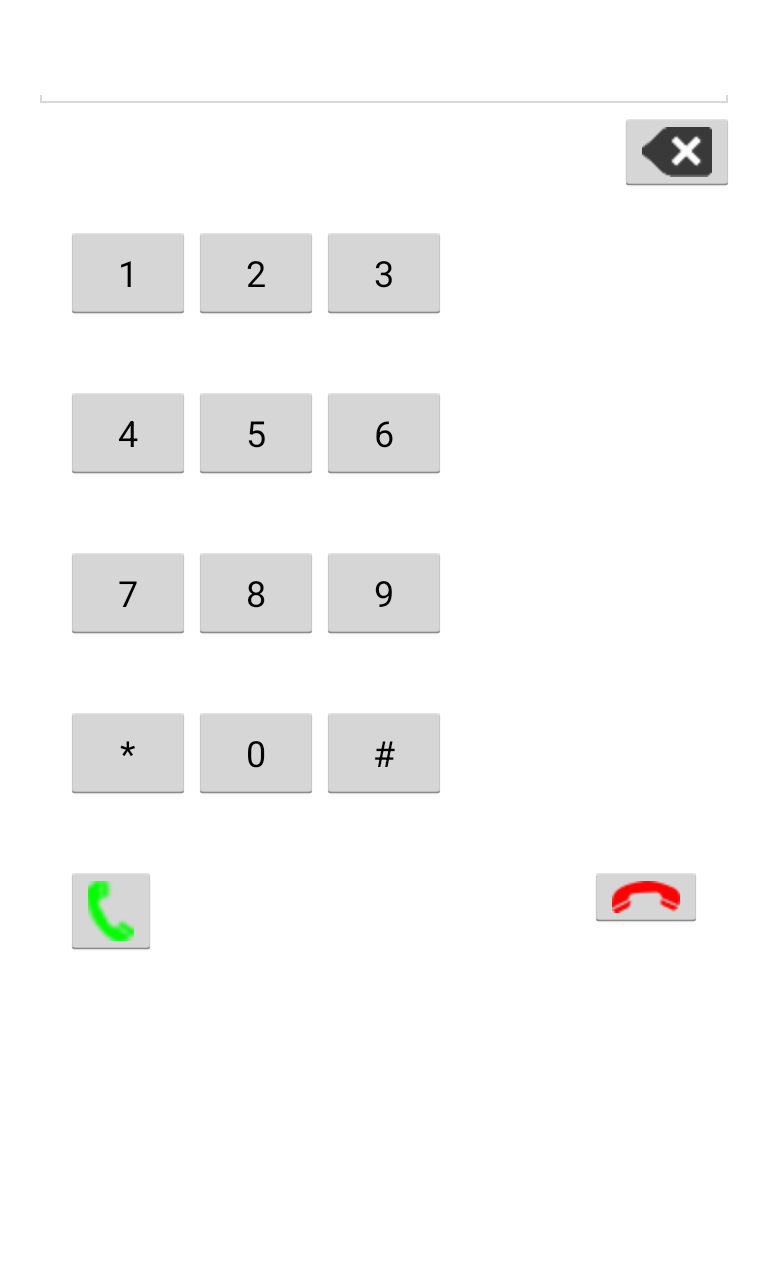
Repository: andreeastoican/Laborator03
Layout: PhoneDialer/res/layout/activity_phone_dialer.xml
These files come from the project's save history. The layout is drawn as it stood at one moment and after the next save; the edit follows.
It is drawn on a 768 x 1280 px phone screen (xhdpi) without system bars, with theme AppTheme; the app's code is not run.

Above is the layout before, as saved 2015-03-10 09:43:13.

### PhoneDialer/res/layout/activity_phone_dialer.xml
<RelativeLayout xmlns:android="http://schemas.android.com/apk/res/android"
    xmlns:tools="http://schemas.android.com/tools"
    android:layout_width="match_parent"
    android:layout_height="match_parent"
    android:paddingBottom="@dimen/activity_vertical_margin"
    android:paddingLeft="@dimen/activity_horizontal_margin"
    android:paddingRight="@dimen/activity_horizontal_margin"
    android:paddingTop="@dimen/activity_vertical_margin"
    tools:context="ro.pub.cs.systems.pdsd.lab03.phonedialer.PhoneDialerActivity" >

    <EditText
        android:id="@+id/id_edit_text"
		android:layout_width="fill_parent"
	    android:layout_height="wrap_content"
	    android:ems="10"
	    android:inputType="text"
	    android:enabled="false"
        />

    <ImageButton
        android:id="@+id/id_img_button"
        android:layout_width="wrap_content"
        android:layout_height="wrap_content"
        android:src="@drawable/backspace"
        android:layout_below="@id/id_edit_text"
        android:layout_alignParentRight="true"
    	/>

	<LinearLayout
	      android:id="@+id/layout1"
		  android:layout_below="@id/id_img_button"
		  android:layout_width="wrap_content"
		  android:layout_height="wrap_content"
		  android:paddingBottom="@dimen/activity_vertical_margin"
		  android:paddingLeft="@dimen/activity_horizontal_margin"
		  android:paddingRight="@dimen/activity_horizontal_margin"
		  android:paddingTop="@dimen/activity_vertical_margin"
		  android:orientation="horizontal">

			<Button
			    android:id="@+id/id1"
			    android:layout_width="wrap_content"
		        android:layout_height="wrap_content"
		        android:text="1"
			    />
			<Button
			    android:id="@+id/id2"
			    android:layout_width="wrap_content"
		        android:layout_height="wrap_content"
		        android:text="2"
			    />
			<Button
			    android:id="@+id/id3"
			    android:layout_width="wrap_content"
		        android:layout_height="wrap_content"
		        android:text="3"
			    />

	</LinearLayout>

	<LinearLayout
	  android:layout_below="@id/layout1"
	  android:id="@+id/layout2"
	  android:layout_width="wrap_content"
	  android:layout_height="wrap_content"
	  android:paddingBottom="@dimen/activity_vertical_margin"
	  android:paddingLeft="@dimen/activity_horizontal_margin"
	  android:paddingRight="@dimen/activity_horizontal_margin"
	  android:paddingTop="@dimen/activity_vertical_margin"
	  android:orientation="horizontal">

		<Button
		    android:id="@+id/id4"
		    android:layout_width="wrap_content"
	        android:layout_height="wrap_content"
	        android:text="4"
		    />
		<Button
		    android:id="@+id/id5"
		    android:layout_width="wrap_content"
	        android:layout_height="wrap_content"
	        android:text="5"
		    />
		<Button
		    android:id="@+id/id6"
		    android:layout_width="wrap_content"
	        android:layout_height="wrap_content"
	        android:text="6"
		    />

	</LinearLayout>


	<LinearLayout
	  android:layout_below="@id/layout2"
	  android:id="@+id/layout3"
	  android:layout_width="wrap_content"
	  android:layout_height="wrap_content"
	  android:paddingBottom="@dimen/activity_vertical_margin"
	  android:paddingLeft="@dimen/activity_horizontal_margin"
	  android:paddingRight="@dimen/activity_horizontal_margin"
	  android:paddingTop="@dimen/activity_vertical_margin"
	  android:orientation="horizontal">

		<Button
		    android:id="@+id/id7"
		    android:layout_width="wrap_content"
	        android:layout_height="wrap_content"
	        android:text="7"
		    />
		<Button
		    android:id="@+id/id8"
		    android:layout_width="wrap_content"
	        android:layout_height="wrap_content"
	        android:text="8"
		    />
		<Button
		    android:id="@+id/id9"
		    android:layout_width="wrap_content"
	        android:layout_height="wrap_content"
	        android:text="9"
		    />

	</LinearLayout>

	<LinearLayout
	  android:layout_below="@id/layout3"
	  android:id="@+id/layout4"
	  android:layout_width="wrap_content"
	  android:layout_height="wrap_content"
	  android:paddingBottom="@dimen/activity_vertical_margin"
	  android:paddingLeft="@dimen/activity_horizontal_margin"
	  android:paddingRight="@dimen/activity_horizontal_margin"
	  android:paddingTop="@dimen/activity_vertical_margin"
	  android:orientation="horizontal">

		<Button
		    android:id="@+id/id10"
		    android:layout_width="wrap_content"
	        android:layout_height="wrap_content"
	        android:text="*"
		    />
		<Button
		    android:id="@+id/id0"
		    android:layout_width="wrap_content"
	        android:layout_height="wrap_content"
	        android:text="0"
		    />
		<Button
		    android:id="@+id/id11"
		    android:layout_width="wrap_content"
	        android:layout_height="wrap_content"
	        android:text="#"
		    />
	</LinearLayout>

	<RelativeLayout
	  android:layout_below="@id/layout4"
	  android:layout_width="wrap_content"
	  android:layout_height="wrap_content"
	  android:paddingBottom="@dimen/activity_vertical_margin"
	  android:paddingLeft="@dimen/activity_horizontal_margin"
	  android:paddingRight="@dimen/activity_horizontal_margin"
	  android:paddingTop="@dimen/activity_vertical_margin"
	  android:orientation="horizontal">

		<ImageButton
		    android:id="@+id/img_on"
		    android:layout_width="wrap_content"
	        android:layout_height="wrap_content"
	        android:src="@drawable/call"
		    />

		<ImageButton
		    android:id="@+id/img_off"
		    android:layout_width="wrap_content"
	        android:layout_height="wrap_content"
	        android:text="#"
	        android:layout_alignParentRight="true"
	        android:src="@drawable/hangup"
		    />
	</RelativeLayout>"

</RelativeLayout>

Loaded but not shown: PhoneDialer/res/values/styles.xml (common file); PhoneDialer/res/values-v11/styles.xml (common file); PhoneDialer/res/values-v14/styles.xml (common file); PhoneDialer/res/values/dimens.xml (common file); PhoneDialer/res/values-w820dp/dimens.xml (common file)

After the next save:
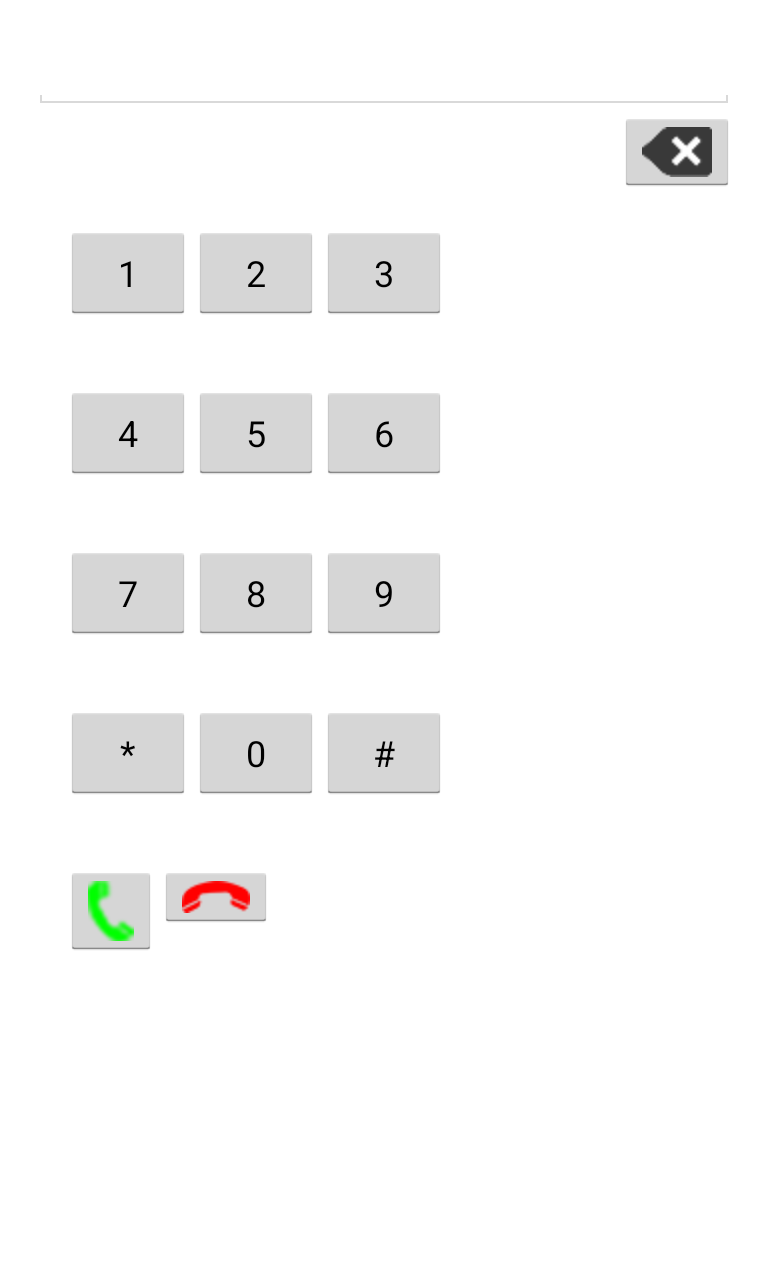
Saved 36 s later.
--- a/PhoneDialer/res/layout/activity_phone_dialer.xml
+++ b/PhoneDialer/res/layout/activity_phone_dialer.xml
@@ -176,7 +176,7 @@
 		    android:layout_width="wrap_content"
 	        android:layout_height="wrap_content"
 	        android:text="#"
-	        android:layout_alignParentRight="true"
+	        android:layout_toRightOf="@id/img_on"
 	        android:src="@drawable/hangup"
 		    />
 	</RelativeLayout>"
